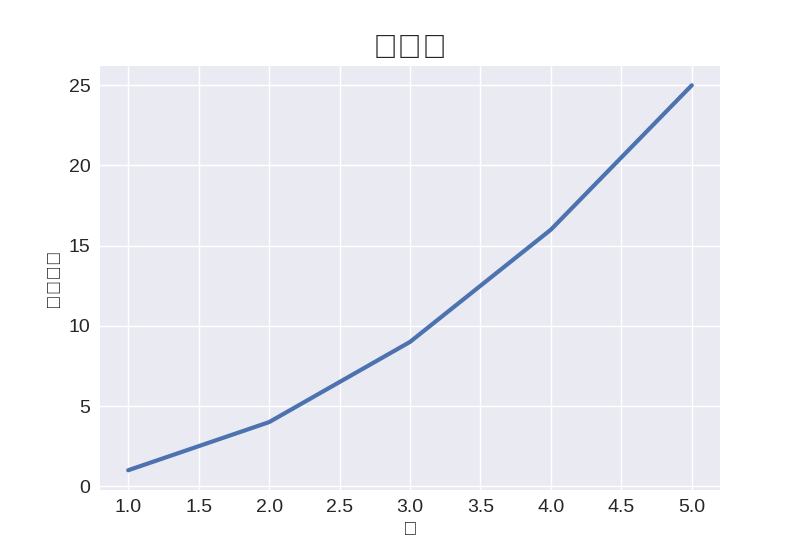
Repository: wh-debug/Matplotlib
Script's output: python make_simply_ployline.py
The author's editor kept a copy of each file at every save. The script's output is drawn from the files as they stood at one save, then again after the next save.
Random numbers start from a fixed seed.

Above is the script's output before, as saved 2021-02-19 21:50:05.

### make_simply_ployline.py
'''
Author: 零到正无穷
Date: 2021-02-19 21:20:37
LastEditTime: 2021-02-19 21:50:05
LastEditors: Please set LastEditors
Description: In User Settings Edit
FilePath: \Matplotlib\make_simply_ployline.py
'''
import matplotlib.pyplot as plt

input_values = [1, 2, 3, 4, 5]
square = [1, 4, 9, 16, 25]

plt.style.use('seaborn')

fig, ax = plt.subplots()
ax.plot(input_values, square, linewidth=3)

ax.set_title("平方数", fontsize=24)
ax.set_xlabel("值", fontsize=14)
ax.set_ylabel("值得平方", fontsize=14) #todo 注意label而不是lable

ax.tick_params(axis='both', labelsize=14)

plt.show()

After the next save:
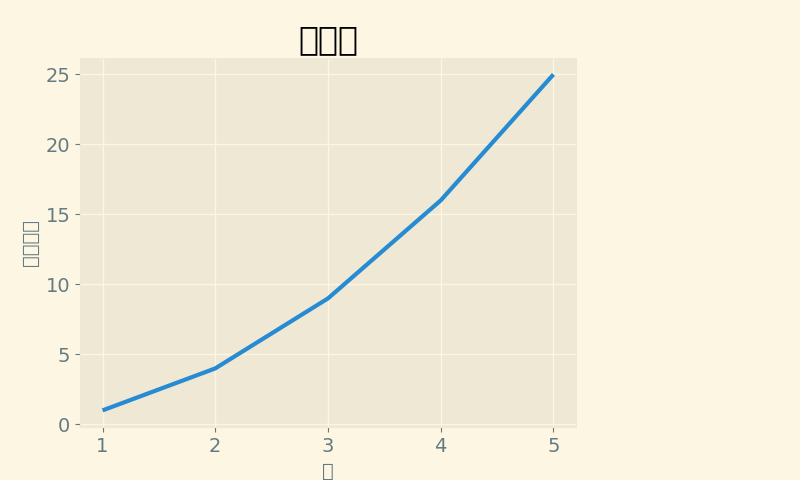
Saved 21 s later.
--- a/make_simply_ployline.py
+++ b/make_simply_ployline.py
@@ -1,7 +1,7 @@
 '''
 Author: 零到正无穷
 Date: 2021-02-19 21:20:37
-LastEditTime: 2021-02-19 21:50:05
+LastEditTime: 2021-02-19 21:50:26
 LastEditors: Please set LastEditors
 Description: In User Settings Edit
 FilePath: \Matplotlib\make_simply_ployline.py
@@ -11,7 +11,7 @@ import matplotlib.pyplot as plt
 input_values = [1, 2, 3, 4, 5]
 square = [1, 4, 9, 16, 25]
 
-plt.style.use('seaborn')
+plt.style.use('Solarize_Light2')
 
 fig, ax = plt.subplots()
 ax.plot(input_values, square, linewidth=3)
